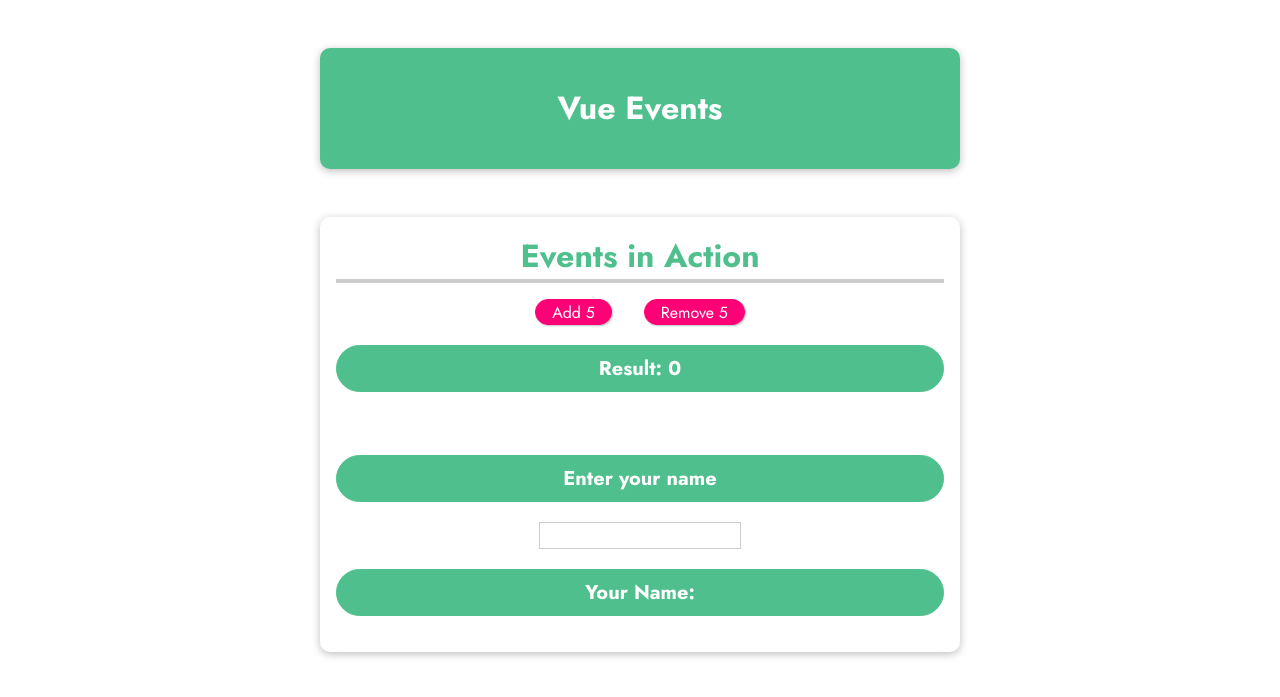
Repository: zmarkoni/Vue-The-Complete-Guide
Page: basics-03-events-starting-code/index.html
The author's editor kept a copy of each file at every save. The page is drawn from the files as they stood at one save, then again after a run of saves.
The browser window is 1280 px wide. The pictures show the whole page.

Above is the page before, as saved 2020-12-29 17:48:52.

### basics-03-events-starting-code/index.html
<!DOCTYPE html>
<html lang="en">
  <head>
    <meta charset="UTF-8" />
    <meta name="viewport" content="width=device-width, initial-scale=1.0" />
    <title>Vue Basics</title>
    <link
      href="https://fonts.googleapis.com/css2?family=Jost:wght@400;700&display=swap"
      rel="stylesheet"
    />
    <link rel="stylesheet" href="styles.css" />
    <script src="https://unpkg.com/vue@next" defer></script>
    <script src="app.js" defer></script>
  </head>
  <body>
    <header>
      <h1>Vue Events</h1>
    </header>
    <section id="events">
      <h2>Events in Action</h2>
      <button v-on:click="add(5)">Add 5</button>
      <button v-on:click="reduce(5)">Remove 5</button>
      <p>Result: {{ counter }}</p>
      </br>
      <p>Enter your name</p>
      <input type="text" v-on:input="setName">
      <p>Your Name: {{ name }}</p>
    </section>
  </body>
</html>

### basics-03-events-starting-code/styles.css
* {
  box-sizing: border-box;
}

html {
  font-family: 'Jost', sans-serif;
}

body {
  margin: 0;
}

header {
  box-shadow: 0 2px 8px rgba(0, 0, 0, 0.26);
  margin: 3rem auto;
  border-radius: 10px;
  padding: 1rem;
  background-color: #4fc08d;
  color: white;
  text-align: center;
  width: 90%;
  max-width: 40rem;
}

#events {
  box-shadow: 0 2px 8px rgba(0, 0, 0, 0.26);
  margin: 3rem auto;
  border-radius: 10px;
  padding: 1rem;
  text-align: center;
  width: 90%;
  max-width: 40rem;
}

#events h2 {
  font-size: 2rem;
  border-bottom: 4px solid #ccc;
  color: #4fc08d;
  margin: 0 0 1rem 0;
}

#events p {
  font-size: 1.25rem;
  font-weight: bold;
  border: 1px solid #4fc08d;
  background-color: #4fc08d;
  color: white;
  padding: 0.5rem;
  border-radius: 25px;
}

#events input {
  font: inherit;
  border: 1px solid #ccc;
}

#events input:focus {
  outline: none;
  border-color: #1b995e;
  background-color: #d7fdeb;
}

#events button {
  font: inherit;
  cursor: pointer;
  border: 1px solid #ff0077;
  background-color: #ff0077;
  color: white;
  padding: 0.05rem 1rem;
  box-shadow: 1px 1px 2px rgba(0, 0, 0, 0.26);
  border-radius: 20px;
  margin: 0 1rem;
}

#events button:hover,
#events button:active {
  background-color: #ec3169;
  border-color: #ec3169;
  box-shadow: 1px 1px 4px rgba(0, 0, 0, 0.26);
}

### basics-03-events-starting-code/app.js
const app = Vue.createApp({
	data() {
		return {
      counter: 0,
      name: ''
		};
	},
	methods: {
    setName(event) {
      this.name = event.currentTarget.value;
    },
		add(num) {
			return (this.counter = this.counter + num);
		},
		reduce(num) {
			return (this.counter = this.counter - num);
		},
	},
});

app.mount('#events');

After the next 2 saves:
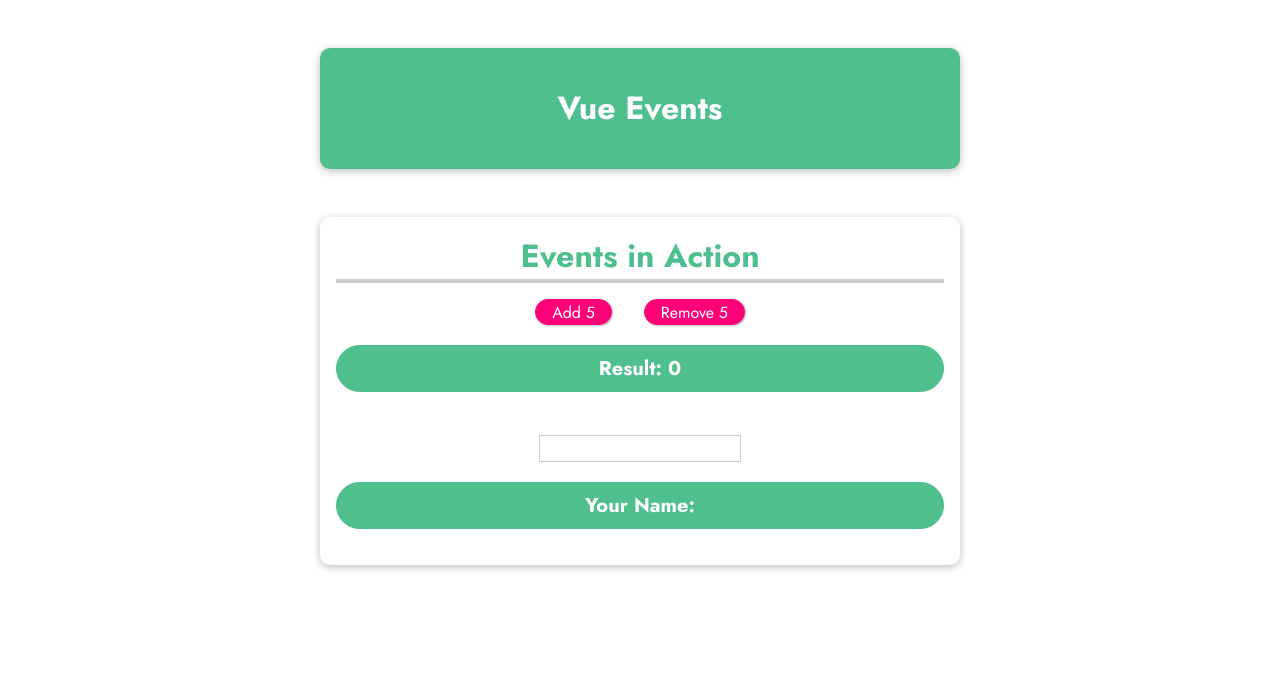
The 2 saves are shown as one change because they came seconds apart.
The last was saved 7 s later.
--- a/basics-03-events-starting-code/index.html
+++ b/basics-03-events-starting-code/index.html
@@ -22,8 +22,7 @@
       <button v-on:click="reduce(5)">Remove 5</button>
       <p>Result: {{ counter }}</p>
       </br>
-      <p>Enter your name</p>
-      <input type="text" v-on:input="setName">
+      <input type="text" v-on:input="setName" >
       <p>Your Name: {{ name }}</p>
     </section>
   </body>
